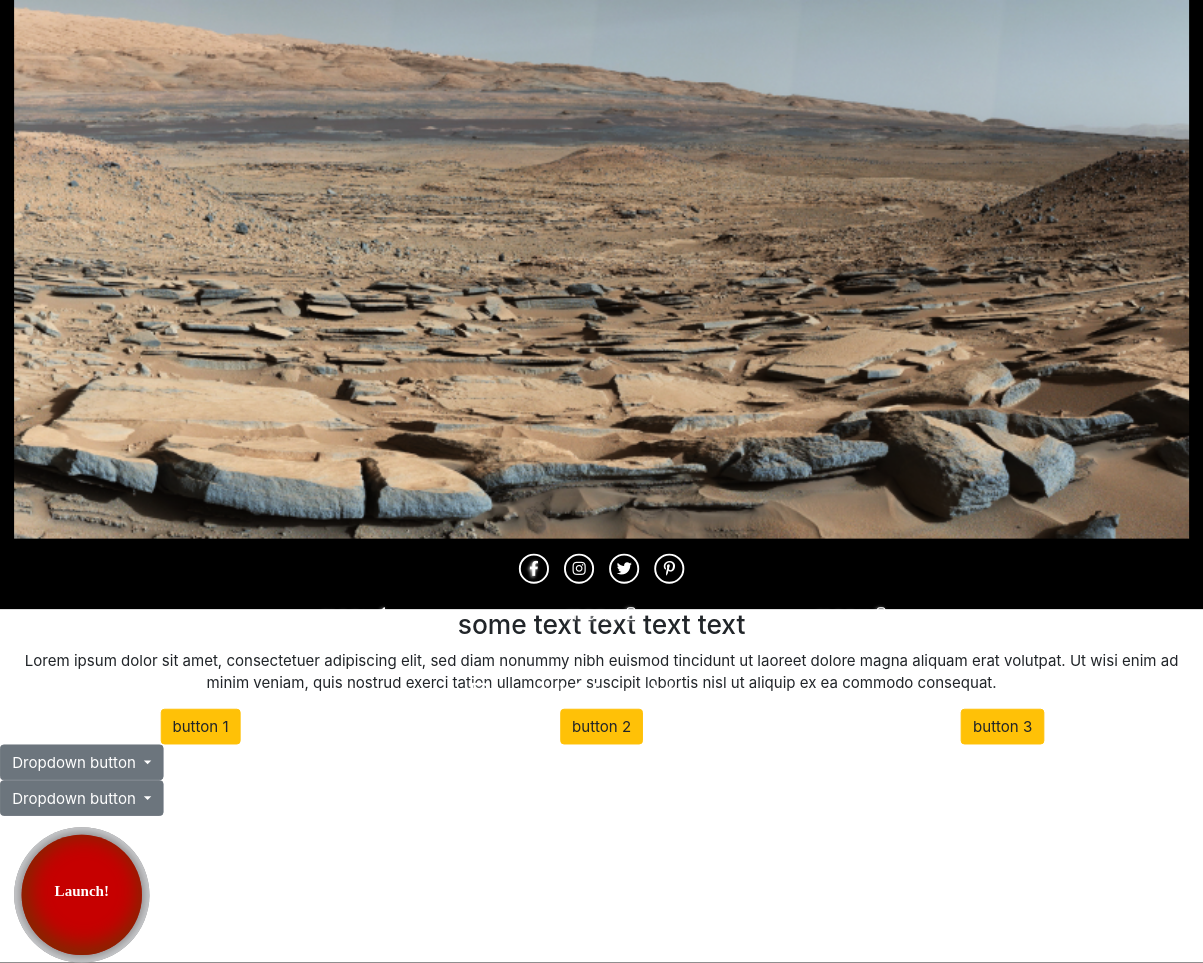
Repository: romqrq/Red-Planet-Explorer
Page: index.html
The author's editor kept a record of every edit. The page is drawn from the files as they stood at one moment, then again after the next edit.
The browser window is 1280 px wide. The pictures show the whole page, at 94% of full size.
The page's requests for data from a server got no answer. Some web fonts or font styles are not loaded; a fallback is used. Some web libraries are served in a nearby version.

Above is the page before.
Console error (its wording comes from the project's code and is left out).

### index.html
<!DOCTYPE html>
<html lang="en">

<head>
    <meta charset="UTF-8">
    <meta name="viewport" content="width=device-width, initial-scale=1.0">
    <meta http-equiv="X-UA-Compatible" content="ie=edge">
    <title>Red Weather</title>
    <link rel="stylesheet" href="https://cdnjs.cloudflare.com/ajax/libs/font-awesome/5.10.2/css/all.min.css" type="text/css" />
    <link rel="stylesheet" href="https://stackpath.bootstrapcdn.com/bootstrap/4.3.1/css/bootstrap.min.css" crossorigin="anonymous">
    <link rel="stylesheet" href="assets/css/style.css" type="text/css" />

    <!--<script type="text/javascript" src="assets/js/main.js"></script>-->
    <script type="text/javascript" src="assets/js/main2.js"></script>

</head>

<body>
    <header>
        <div class="container-fluid main-screen-container">
            <img class="testbg" src="assets/images/mars.png"></img>
            <div class="row social-row">
                <div class="col-12 social-col">
                    <i class="fab fa-facebook-f round-border text-shadow"></i>
                    <i class="fab fa-instagram round-border"></i>
                    <i class="fab fa-twitter round-border"></i>
                    <i class="fab fa-pinterest-p round-border"></i>
                </div>
            </div>
            <div class="row" role="navigation">
                <a class="col-4 text-right main-text-light text-shadow" href="#">menu 1</a>
                <a class="col-4 text-center main-text-light text-shadow" href="#">menu 2</a>
                <a class="col-4 text-left main-text-light text-shadow" href="#">menu 3</a>
            </div>
            <hr class="hr-divider">
            <div class="row">
                <div class="col-12 text-center">
                    <p class="main-title title-shadow">Red Weather</p>
                </div>
            </div>
            <hr class="hr-divider">
            <div class="row">
                <div class="col-12">
                    <p class="main-text-light text-center text-shadow">Suit up and get ready for launch!</p>
                </div>
            </div>
            <div>
                <div class="launch-button-div">
                    <button class="btn launch-button">Launch!</button>
                </div>
            </div>
            <!--<div class="row">-->
            <!--    <div class=navbar>-->
            <!--        <ul class="navbar-nav">-->
            <!--            <li class="nav-item">-->
            <!--                <a href="#" class="nav-link">menu button 1</a>-->
            <!--            </li>-->
            <!--            <li class="nav-item">-->
            <!--                <a href="#" class="nav-link">menu button 2</a>-->
            <!--            </li>-->
            <!--            <li class="nav-item">-->
            <!--                <a href="#" class="nav-link">menu button 3</a>-->
            <!--            </li>-->
            <!--        </ul>-->
            <!--    </div>-->
            <!--</div>-->
        </div>
        <!--<nav class="navbar navbar-expand-md navbar-dark bg-blue">-->
        <!-- Brand -->
        <!--    <a class="brand-text" href="#"><span class="NE-text">RW</span> | Red Weather</a>-->

        <!-- Toggler/collapsibe Button -->
        <!--    <button class="navbar-toggler" type="button" data-toggle="collapse" data-target="#collapsibleNavbar">-->
        <!--        <span class="navbar-toggler-icon"></span>-->
        <!--    </button>-->

        <!-- Navbar links -->
        <!--    <div class="collapse navbar-collapse" id="collapsibleNavbar">-->
        <!--        <ul class="navbar-nav">-->
        <!--            <li class="nav-item">-->
        <!--                <a class="nav-link" href="#">Link</a>-->
        <!--            </li>-->
        <!--            <li class="nav-item">-->
        <!--                <a class="nav-link" href="#">Link</a>-->
        <!--            </li>-->
        <!--            <li class="nav-item">-->
        <!--                <a class="nav-link" href="#">Link</a>-->
        <!--            </li>-->
        <!--        </ul>-->
        <!--    </div>-->
        <!--</nav>-->
    </header>
    <section class="callout">
        <div class="container-fluid text-center align-middle">
            <div>
                <h3>some text text text text</h3>
                <p>Lorem ipsum dolor sit amet, consectetuer adipiscing elit, sed diam nonummy nibh euismod tincidunt ut laoreet dolore magna aliquam erat volutpat. Ut wisi enim ad minim veniam, quis nostrud exerci tation ullamcorper suscipit lobortis nisl
                    ut aliquip ex ea commodo consequat.</pp>
            </div>
            <div class="row">
                <div class="col-4">
                    <button class="btn btn-warning" onclick="setRover(" curiosity ")">button 1</button>
                </div>
                <div class="col-4">
                    <button class="btn btn-warning" onclick="setDate(" 2015-6-3 ")">button 2</button>
                </div>
                <div class="col-4">
                    <button class="btn btn-warning" onclick="setCam(" FHAZ ")">button 3</button>
                </div>
            </div>
        </div>

    </section>
    <div class="dropdown">
        <button class="btn btn-secondary dropdown-toggle" type="button" id="dropdownMenuButton" data-toggle="dropdown" aria-haspopup="true" aria-expanded="false">
    Dropdown button
  </button>
        <div class="dropdown-menu" aria-labelledby="dropdownMenuButton">
            <a class="dropdown-item" href="#">Curiosity</a>
            <a class="dropdown-item" href="#">Spirit</a>
            <a class="dropdown-item" href="#">Something else here</a>
        </div>
    </div>
      <div class="dropdown">
        <button class="btn btn-secondary dropdown-toggle" type="button" id="dropdown2" data-toggle="dropdown" aria-haspopup="true" aria-expanded="false">
    Dropdown button
  </button>
        <div class="dropdown-menu" aria-labelledby="dropdownMenuButton">
            <a class="dropdown-item" href="#">Curiosity</a>
            <a class="dropdown-item" href="#">Spirit</a>
            <a class="dropdown-item" href="#">Something else here</a>
        </div>
    </div>
    <div id="data"></div>
    <footer>

    </footer>
    <script src="https://code.jquery.com/jquery-3.3.1.slim.min.js" integrity="sha384-q8i/X+965DzO0rT7abK41JStQIAqVgRVzpbzo5smXKp4YfRvH+8abtTE1Pi6jizo" crossorigin="anonymous"></script>
    <script src="https://cdnjs.cloudflare.com/ajax/libs/popper.js/1.14.7/umd/popper.min.js" integrity="sha384-UO2eT0CpHqdSJQ6hJty5KVphtPhzWj9WO1clHTMGa3JDZwrnQq4sF86dIHNDz0W1" crossorigin="anonymous"></script>
    <script src="https://stackpath.bootstrapcdn.com/bootstrap/4.3.1/js/bootstrap.min.js" integrity="sha384-JjSmVgyd0p3pXB1rRibZUAYoIIy6OrQ6VrjIEaFf/nJGzIxFDsf4x0xIM+B07jRM" crossorigin="anonymous"></script>

</body>

</html>

### assets/css/style.css
/*General*/

@import url('https://fonts.googleapis.com/css?family=Revalia|Roboto:400,500|Jura:300,400,500&display=swap');

a {
    text-decoration: none;
    color: inherit;

}

/*.bg-blue {*/

/*    background-color: #01479e;*/

/*}*/

/*.callout {*/

/*    background-color: #e9ecefb0;*/

/*    height: 50vh;*/

/*}*/

.title-shadow {
    text-shadow: -1px 3px 8px #ffffff9e;
}

.text-shadow {
    text-shadow: -1px 1px 4px #ffffff;
}

.no-side-padding {
    padding-left: 0;
    padding-right: 0;
}

.main-screen-container {
    height: 90vh;
    /*background-image: url("mars.png");*/
    /*background-position: center;*/
    /*background-repeat: no-repeat;*/
    /*background-size: cover;*/
    background-color: black;
    display: flex;
    flex-direction: column;
    justify-content: space-evenly;
}

.social-row {
    padding: 1rem;
}

.social-col {
    flex-direction: row;
    display: flex;
    justify-content: center;
}

.round-border {
    border-radius: 50%;
    height: 2rem;
    border: 2px solid white;
    width: 2rem;
    justify-content: center;
    display: flex;
    line-height: 1.8rem;
    color: white;
    margin: 0 0.5rem;
}

.main-text-light {
    color: white;
    font-family: "Jura", "Revalia";
    font-weight: 500;
    font-size: 1.3rem;
}

.main-title {
    font-family: "Revalia", "Jura";
    font-size: 3rem;
    color: white;
    padding: 0 0 0.5rem;
}

.hr-divider {
    border-top: 2px solid rgb(255, 255, 255);
    width: 80vw;
}

.launch-button-div {
    height: 9rem;
    width: 9rem;
    background-color: #827d7d;
    padding: 0.5rem;
    border-radius: 50%;
    box-shadow: inset 0px 0px 11px 6px #ced1d4;
}

.launch-button {
    background-color: #c60000;
    color: white;
    border: 0px solid white;
    font-family: "Revalia";
    font-weight: 700;
    padding: 0.5rem 1rem 1rem;
    height: 8rem;
    width: 8rem;
    border-radius: 50%;
    box-shadow: inset 3px -4px 20px 7px #842600;
}

/*.main-subtitle {*/

/*    color: white;*/

/*    font-family: "Jura", "Revalia";*/

/*    font-weight: 500;*/

/*    font-size: 1.3rem;*/

/*}*/

### assets/js/main2.js
var xhr = new XMLHttpRequest();
var roverName = "curiosity";
var solNumber = "" //"&sol=1000";
var camName = "&camera=FHAZ";
var pageNumber = "" //"&page=1"
var earthDate = "earth_date=2015-6-3"

// function setRover(namePicked) {
//     var roverName = namePicked;
// }

// function setDate(datePicked) {
//     var earthDate = `earth_date=${datePicked}`;
// }

// function setCam(camPicked) {
//     var camName = `&camera=${camPicked}`;
// }

function nameThem() {
    var firstInput = document.getElementById("input1");
    var roverName = firstInput.options[firstInput.selectedIndex].text;

    var secondInput = document.getElementById("input2");
    var earthDate = secondInput.options[secondInput.selectedIndex].text;

    var thirdInput = document.getElementById("input3");
    var earthDate = thirdInput.options[thirdInput.selectedIndex].text;
}

//WORKS xhr.open("GET", "https://api.nasa.gov/insight_weather/?api_key=unJZiQapXhyZamSl37P8FEh7Zlssi7xmaIF4l95b&feedtype=json&ver=1.0");
//WORKS xhr.open("GET", "https://api.nasa.gov/mars-photos/api/v1/rovers/curiosity/latest_photos?api_key=unJZiQapXhyZamSl37P8FEh7Zlssi7xmaIF4l95b&feedtype=json&ver=1.0");
//WORKS xhr.open("GET", "https://api.nasa.gov/mars-photos/api/v1/manifests/curiosity?api_key=unJZiQapXhyZamSl37P8FEh7Zlssi7xmaIF4l95b&feedtype=json&ver=1.0");
xhr.open("GET", `https://api.nasa.gov/mars-photos/api/v1/rovers/${roverName}/photos?${earthDate}${solNumber}${camName}${pageNumber}&api_key=unJZiQapXhyZamSl37P8FEh7Zlssi7xmaIF4l95b`);
xhr.send();


xhr.onreadystatechange = function() {
    if (this.readyState == 4 && this.status == 200) {
        // document.getElementById("data").innerHTML=JSON.parse(this.responseText);
        console.log(JSON.parse(this.responseText));
        // console.log(typeof(this.responseText));
    }
};

// xhr.onreadystatechange = function() {
//     if (this.readyState == 4 && this.status == 200) {
//         document.getElementById("data").innerHTML = this.responseText;
//     }
// };

After the next edit:
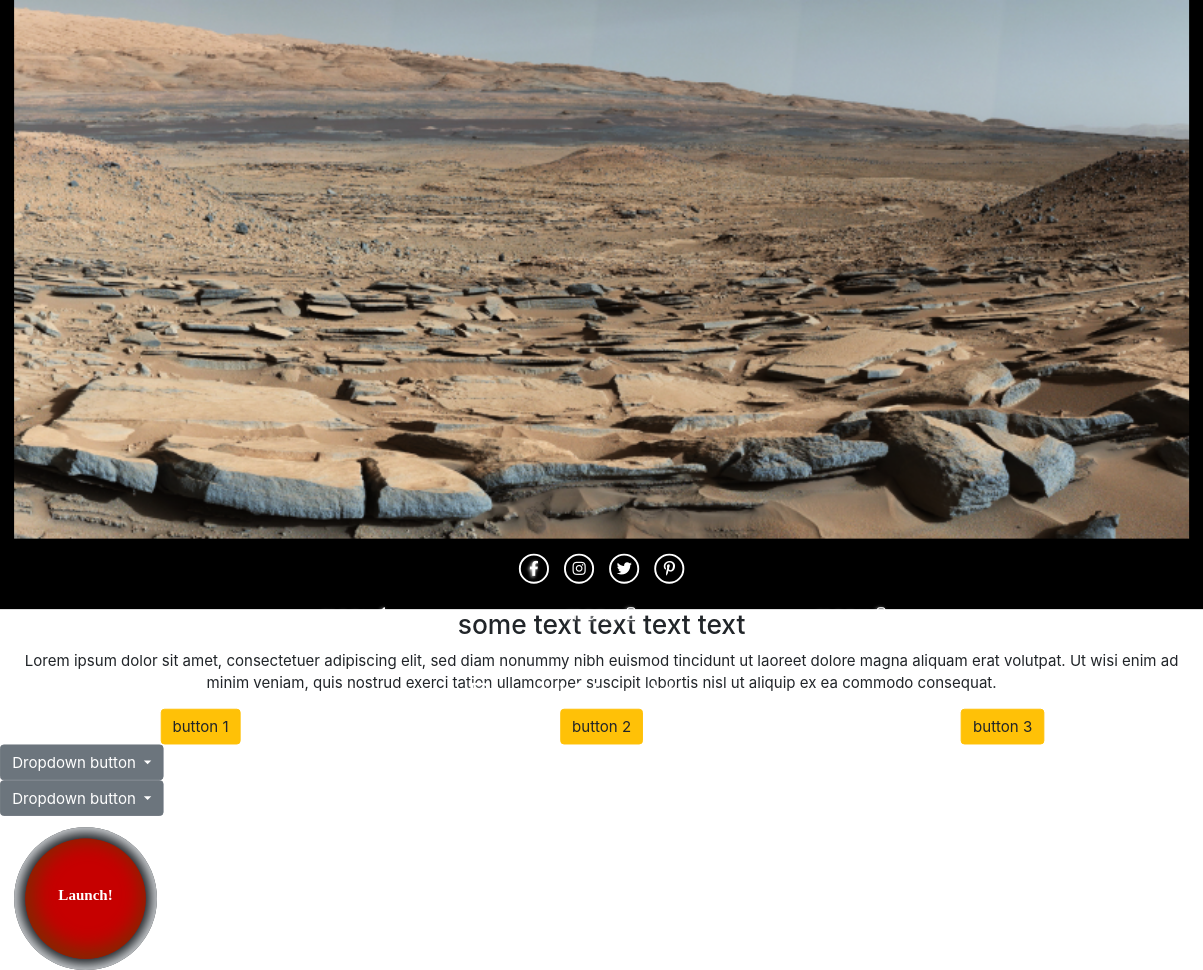
The edit:
--- a/assets/css/style.css
+++ b/assets/css/style.css
@@ -89,10 +89,10 @@
 }
 
 .launch-button-div {
-    height: 9rem;
-    width: 9rem;
-    background-color: #827d7d;
-    padding: 0.5rem;
+    height: 9.5rem;
+    width: 9.5rem;
+    background-color: #212529;
+    padding: 0.75rem;
     border-radius: 50%;
     box-shadow: inset 0px 0px 11px 6px #ced1d4;
 }
